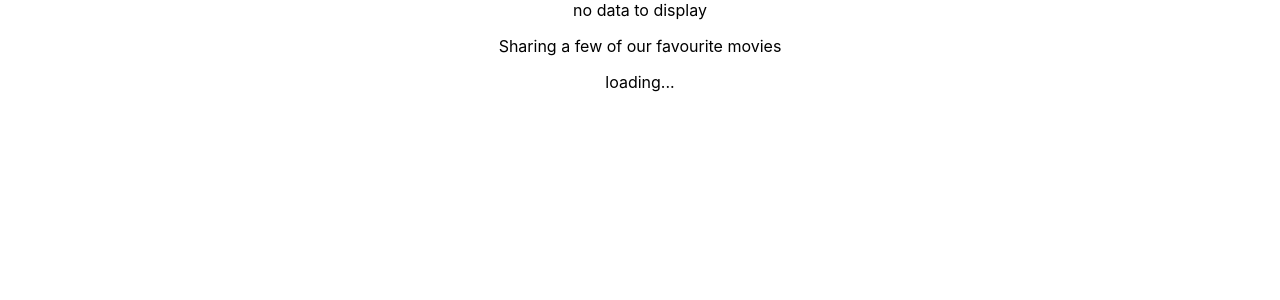
Repository: jklodge/lodge-creates
Page: / (app in plentific-search/)
These files come from the project's save history. The page is drawn as it stood at one moment and after the next save; the edit follows.
The browser window is 1280 px wide. The pictures show the whole page.
The page's requests for data from a server got no answer. The project was rebuilt for these pictures with package versions that can differ from the ones it lists, and the page was loaded fresh each time. No one was signed in, and anything a server would have sent is missing. Also part of the build but not shown: plentific-search/src/Components/Search.js.

Above is the page before, as saved 2020-01-12 12:51:08.

### plentific-search/src/App.js
import React, { useState, useEffect } from "react";
import "./App.css";
// import { Table } from "./Components/Table";
import axios from "axios";
import { Route, Link, BrowserRouter as Router } from "react-router-dom";
import Search from "./Components/Search";
import { DropDown } from "./Components/DropDown";

const App = () => {
  const [loading, setLoading] = useState(true);
  const [errorMessage, setErrorMessage] = useState(null);
  const [category, setCategory] = useState([]);
  // const [state, setState] = useState({
  //   categorys: [],
  //   pros: [],
  //   search: ""
  // });

  // const search = searchValue => {
  //   console.log(searchValue);
  //   setLoading(true);
  //   setErrorMessage(null);

  //   fetch(`https://www.omdbapi.com/?s=${searchValue}&apikey=4a3b711b`)
  //     .then(response => response.json())
  //     .then(jsonResponse => {
  //       if (jsonResponse.Response === "True") {
  //         setCategory(jsonResponse.Search);
  //         setLoading(false);
  //       } else {
  //         setErrorMessage(jsonResponse.Error);
  //         setLoading(false);
  //       }
  //     });
  // };

  // useEffect(() => {
  //   async function fetchData() {
  //     const result = await axios(
  //       "https://d1i9eedhsgvpdh.cloudfront.net/production-plentific-static/api-cache/find-a-pro/api/v1/categories/all.json"
  //     );
  //     return result;
  //   }
  //   fetchData().then(result => setState({ categorys: result.name }));
  //   // .then(result => setState({}));
  //   console.log("useEffect hook is called", state);
  // }, []);
  return (
    <div className="App">
      {/* <Header text="HOOKED" /> */}
      {/* <Search search={search} /> */}
      <DropDown />
      <p className="App-intro">Sharing a few of our favourite movies</p>
      <div className="movies">
        {loading && !errorMessage ? (
          <span>loading...</span>
        ) : errorMessage ? (
          <div className="errorMessage">{errorMessage}</div>
        ) : (
          <p></p>
          // movies.map((movie, index) => (
          //   <ProsTable
          //     key={`${index}-${pros.Title}`}
          //     categorys={categorys}
          //   />
          //   <CategoryDropdown
          //     key={`${index}-${pros.Title}`}
          //     categorys={categorys}
          //   />
          // ))
        )}
      </div>
    </div>
  );
};

export default App;

### plentific-search/src/Components/DropDown.js
import React, { useState, useEffect } from "react";
import axios from "axios";
import { stat } from "fs";
export const DropDown = () => {
  const [loading, setLoading] = useState(true);
  const [errorMessage, setErrorMessage] = useState(null);
  // const [selectedCat, setCategory] = useState("Category");
  const [state, setState] = useState({
    data: [],
    search: "",
    categories: []
  });

  const handleChange = e => {
    console.log(e.target);
    setState({ selectedCat: [e.target.value] });
    console.log(state.dropDown);
  };

  // fetch(
  //   "https://d1i9eedhsgvpdh.cloudfront.net/production-plentific-static/api-cache/find-a-pro/api/v1/categories/all.json"
  // )
  //   .then(response => response.json())
  //   .then(jsonResponse => {
  //     if (jsonResponse) {
  //       // setState({ data: jsonResponse });
  //       setLoading(false);
  //     } else {
  //       setErrorMessage(jsonResponse.Error);
  //       setLoading(false);
  //     }
  //   });

  useEffect(() => {
    async function fetchData() {
      const result = await axios(
        "https://d1i9eedhsgvpdh.cloudfront.net/production-plentific-static/api-cache/find-a-pro/api/v1/categories/all.json"
      );
      return result;
    }
    fetchData().then(result => setState({ data: result.data }));
    console.log("useEffect hook is called", state);
  }, []);

  const List = state.data;
  console.log("useEffect hook is called", List);
  const ListObject = List.map(e => console.log(e.name));
  console.log(ListObject);
  return !List.id ? (
    "no data to display"
  ) : (
    <div className="input">
      <p>{List.id}</p>
      <select
        onChange={e => handleChange(e)}
        className="browser-default custom-select"
      >
        {List.id}
        {List.map((category, key) => (
          <option key={key} value={category}>
            {category.name}
          </option>
        ))}
      </select>
    </div>
  );
};

Loaded but not shown: plentific-search/public/index.html (common file); plentific-search/src/index.js (common file); plentific-search/src/index.css (common file); plentific-search/src/serviceWorker.js (common file); plentific-search/src/App.css (common file)

After the next save:
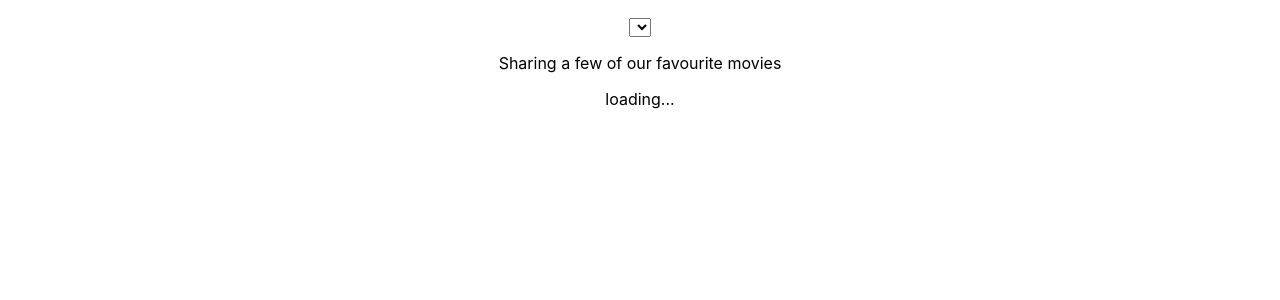
Saved 27 s later.
--- a/plentific-search/src/Components/DropDown.js
+++ b/plentific-search/src/Components/DropDown.js
@@ -46,9 +46,7 @@ export const DropDown = () => {
   console.log("useEffect hook is called", List);
   const ListObject = List.map(e => console.log(e.name));
   console.log(ListObject);
-  return !List.id ? (
-    "no data to display"
-  ) : (
+  return (
     <div className="input">
       <p>{List.id}</p>
       <select
